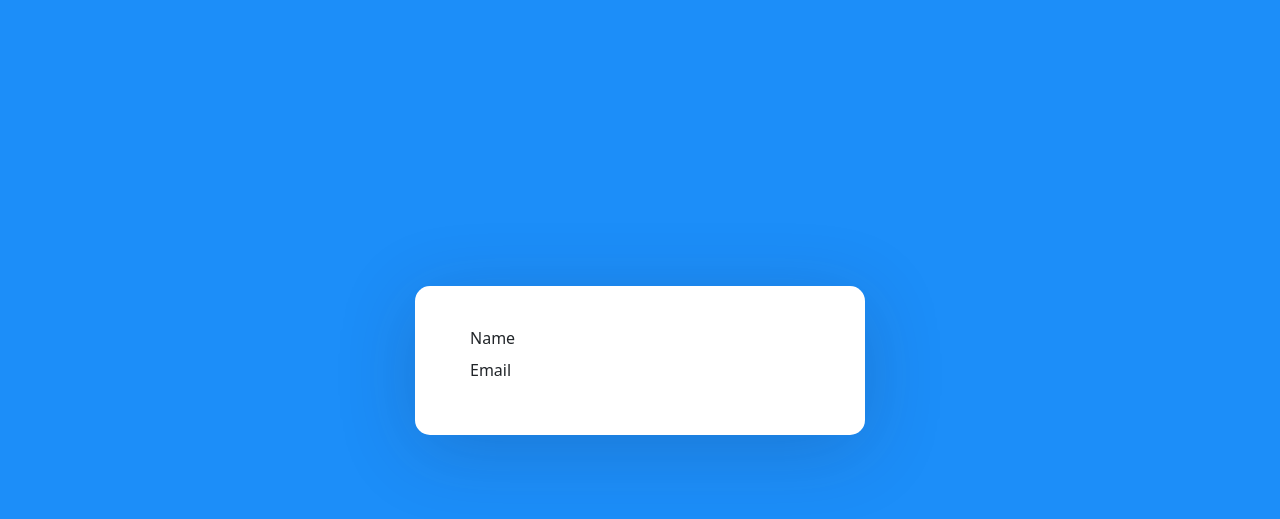
Repository: bandikost/cartoon
Page: /userDetails
These files come from the project's save history. The page is drawn as it stood at one moment and after the next save; the edit follows.
The browser window is 1280 px wide. The pictures show the whole page.
The page's requests for data from a server got no answer. The project was rebuilt for these pictures with package versions that can differ from the ones it lists, and the page was loaded fresh each time. No one was signed in, and anything a server would have sent is missing. Also part of the build but not shown: src/components/signup_component.js. Imported but missing from the stored project, and not drawn on this page: src/components/login_component.

Above is the page before, as saved 2022-11-28 02:57:14.

After the next save:
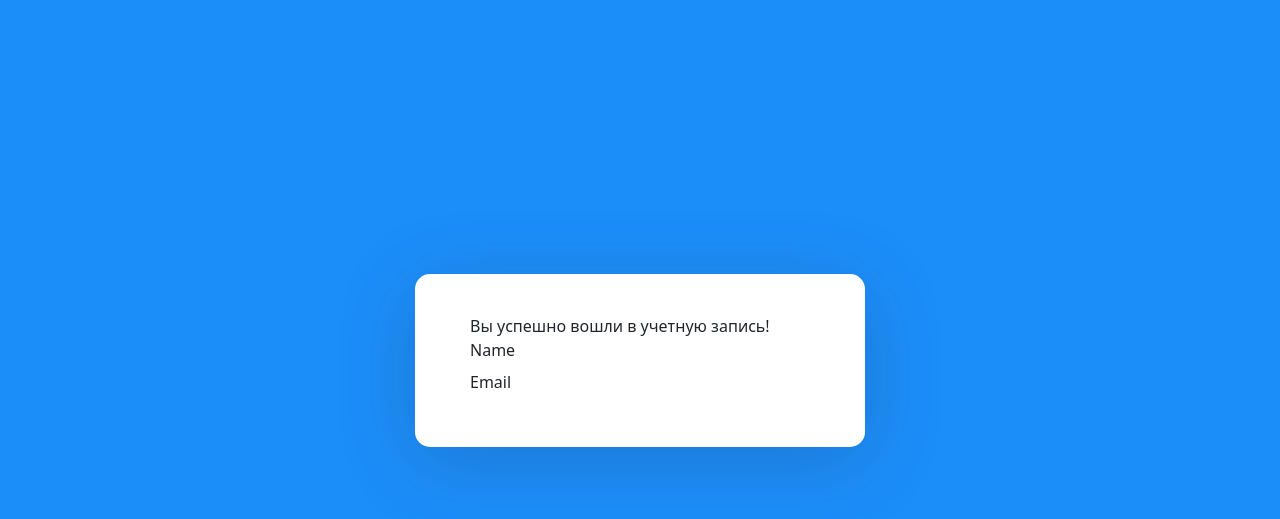
Saved 14 h 46 min later.
--- a/src/components/userDetails.js
+++ b/src/components/userDetails.js
@@ -29,6 +29,7 @@ export default class UserDetails extends Component {
   render() {
     return (
       <div>
+        Вы успешно вошли в учетную запись!
         Name<h1>{this.state.userData.fname}</h1>
         Email <h1>{this.state.userData.email}</h1>
       </div>
